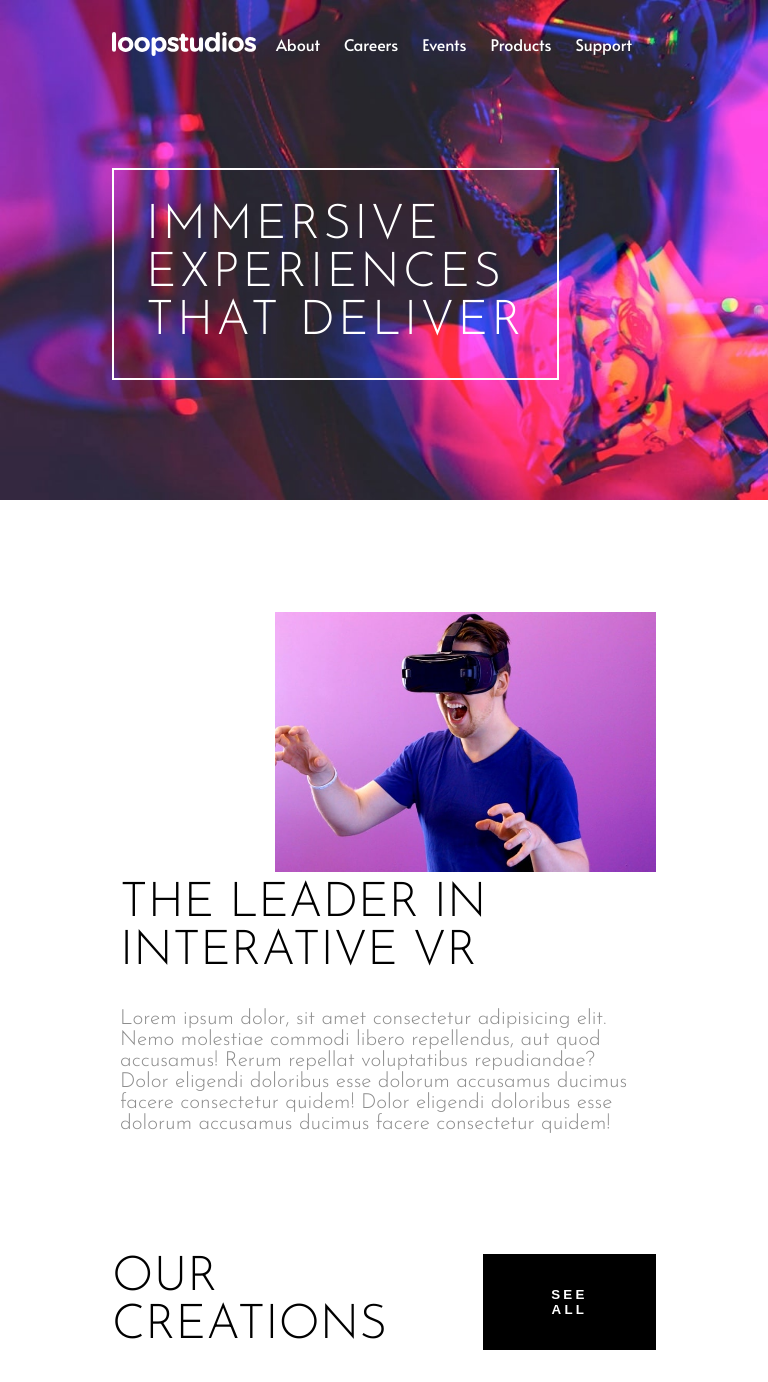
Repository: gligor99/loopstudios-fm
Page: /
The author's editor kept a copy of each file at every save. The page is drawn from the files as they stood at one save, then again after the next save.
The browser window is 768 px wide. The pictures show the part of the page from y = 0 to 1382 px (the page is 6177 px tall before and 6145 px after).
Pictures or frames that could not be fetched are drawn as grey boxes. Backgrounds fixed to the window are drawn as part of the page. The project was rebuilt for these pictures with package versions that can differ from the ones it lists, and the page was loaded fresh each time.

Above is the page before, as saved 2021-11-28 22:08:11.

### src/index.css
@import url("https://fonts.googleapis.com/css2?family=Alata&family=Josefin+Sans:wght@300&display=swap");

:root {
  --clr-white: hsl(0, 0%, 100%);
  --clr-black: hsl(0, 0%, 0%);
  --clr-dark-gray: hsl(0, 0%, 55%);
  --clr-very-dark-gray: hsl(0, 0%, 41%);
}

*,
::after,
::before {
  margin: 0;
  padding: 0;
  box-sizing: border-box;
}

body {
  font-family: "Alata", sans-serif;
  background: var(--clr-light-grayish-cyan);
  color: var(--clr-grey-1);
  font-size: 1rem;
}

### src/App.jsx
import About from "./components/About/About";
import Creations from "./components/Creations/Creations";
import Footer from "./components/Footer/Footer";
import Hero from "./components/Hero/Hero";
// import Navbar from "./components/Navbar/Navbar";


function App() {
  return (
    <div className="App">
      {/* <Navbar /> */}
      <Hero />
      <About />
      <Creations />
      <Footer />
    </div>
  );
}

export default App;

### src/components/About/About.jsx
import "./about.css";
import image from "../../assets/desktop/image-interactive.jpg";

const About = () => {
  return (
    <div className="about-container">
      <img className="image-interactive" src={image} alt="interactive.jpg" />
      <div className="about-content">
        <h1 className="about-title">The leader in <br />interative VR</h1>
        <p className="about-p">
          Lorem ipsum dolor, sit amet consectetur adipisicing elit. Nemo
          molestiae commodi libero repellendus, aut quod accusamus! Rerum
          repellat voluptatibus repudiandae? Dolor eligendi doloribus esse
          dolorum accusamus ducimus facere consectetur quidem! Dolor eligendi doloribus esse
          dolorum accusamus ducimus facere consectetur quidem!
        </p>
      </div>
    </div>
  );
};

export default About;

### src/components/Creations/Creations.jsx
import './creations.css'
import data from '../../data'
import Card from '../Card/Card';

const Creations = () => {
  return <div className="creation-container">
      <div className="creation-header">
          <h1 className="creation-title">
              Our Creations
          </h1>
          <button className="creation-btn">
              See All
          </button>
      </div>
      <div className="creation-cards">
          {data.map((item) => {
              return <Card key={item.id} item={item} />
          })}
      </div>
  </div>;
};

export default Creations;

### src/components/Footer/Footer.jsx
import "./footer.css";
import logo from "../../assets/logo.svg";
import fb from "../../assets/icon-facebook.svg";
import instagram from "../../assets/icon-instagram.svg";
import pinterest from "../../assets/icon-pinterest.svg";
import twittter from "../../assets/icon-twitter.svg";

const Footer = () => {
  return (
    <div className="footer-container">
      <div className="left-content">
        <img className="logo" src={logo} alt="footerLogo.svg" />
        <ul className="links">
          <li>
            <a href="/about">About</a>
          </li>
          <li>
            <a href="/careers">Careers</a>
          </li>
          <li>
            <a href="/events">Events</a>
          </li>
          <li>
            <a href="/products">Products</a>
          </li>
          <li>
            <a href="/support">Support</a>
          </li>
        </ul>
      </div>
      <div className="right-content">
        <div className="social">
          <img className='social-icon' src={fb} alt="fbIcon.svg" />
          <img className='social-icon' src={instagram} alt="instaIcon.svg" />
          <img className='social-icon'  src={pinterest} alt="pinterestIcon.svg" />
          <img className='social-icon' src={twittter} alt="twitterIcon.svg" />
        </div>
        <p className="copy">
          &copy;
          {`  ${new Date().getFullYear()} Loopstudios | All Rights Reserved`}
        </p>
      </div>
    </div>
  );
};

export default Footer;

### src/components/Hero/Hero.jsx
import React from "react";
import Navbar from "../Navbar/Navbar";
import "./hero.css";

const Hero = () => {
  return (
      <div className="container">
        <Navbar />
        <div className="container-content">
          <h1 className="title">
            Immersive <br /> experiences <br />
            that deliver
          </h1>
        </div>
      </div>
  );
};

export default Hero;

### src/components/About/about.css
.about-container {
  display: flex;
  justify-content: center;
  align-items: flex-end;
  margin: auto;
  padding: 7rem;
}

.image-interactive {
  height: 80%;
  z-index: -1;
}
.about-content {
  background-color: var(--clr-white);
  z-index: 1;
  height: 80%;
  padding: 4rem;
  margin-left: -10rem;
}

.about-title {
  font-family: "Josefin Sans", sans-serif;
  font-weight: 100;
  font-size: 3rem;
  text-transform: uppercase;
}

.about-p {
  color: var(--clr-dark-gray);
  font-family: "Josefin Sans", sans-serif;
  font-size: 1.3rem;
  padding-top: 2rem;
}

@media only screen and (max-width: 1300px) {
  .about-content {
    padding: 1rem;
    margin-left: -10rem;
  }
}
@media only screen and (max-width: 1210px) {
  .about-content {
    padding: 1rem;
    margin-left: -10rem;
  }
}
@media only screen and (max-width: 1110px) {
  .about-content {
    padding: 0.5rem;
    margin-left: -15rem;
  }
}
@media only screen and (max-width: 850px) {
  .about-container {
    flex-direction: column;
  }
  .image-interactive {
    width: 70%;
  }
  .about-content{
    width: 100%;
  }
}

### src/components/Creations/creations.css
.creation-header {
  display: flex;
  flex-direction: row;
  justify-content: space-between;
  padding-left: 7rem;
  padding-right: 7rem;
  padding-bottom: 2rem;
}

.creation-title {
  font-family: "Josefin Sans", sans-serif;
  font-size: 3rem;
  text-transform: uppercase;
  font-weight: 100;
}

.creation-btn {
  border: none;
  background-color: var(--clr-black);
  border: 2px solid black;
  color: var(--clr-white);
  text-transform: uppercase;
  padding: 0 3rem 0 3rem;
  cursor: pointer;
  font-weight: 700;
  letter-spacing: 0.2rem;
  transition: 0.2s ease-in;
}
.creation-btn:hover {
  background-color: var(--clr-white);
  color: var(--clr-black);
  border: 2px solid black;
}

.creation-cards {
  padding: 0 5rem 0 5rem;
  display: flex;
  justify-content: space-between;
  flex-wrap: wrap;
  width: 100%;
}

### src/data.js
const data = [
  {
    id: 1,
    title: "Deep Earth",
    img: "https://i.ibb.co/mtd0XJx/image-deep-earth.jpg",
  },
  {
    id: 2,
    title: "Night  Arcade",
    img: "https://i.ibb.co/5Wcqskt/image-night-arcade.jpg",
  },
  {
    id: 3,
    title: "Soccer Team VR",
    img: "https://i.ibb.co/fFDbQDR/image-soccer-team.jpg",
  },
  {
    id: 4,
    title: "The Grid",
    img: "https://i.ibb.co/r59dNbs/image-grid.jpg",
  },
  {
    id: 5,
    title: "From up Above VR",
    img: "https://i.ibb.co/PYK37pW/image-from-above.jpg",
  },
  {
    id: 6,
    title: "Pocket Borealis",
    img: "https://i.ibb.co/9hsnGFt/image-pocket-borealis.jpg",
  },
  {
    id: 7,
    title: "The curiosity",
    img: "https://i.ibb.co/fQZHkXQ/image-curiosity.jpg",
  },
  {
    id: 8,
    title: "Make it fisheye",
    img: "https://i.ibb.co/D506TGt/image-fisheye.jpg",
  },
];

export default data;

### src/components/Card/Card.jsx
import "./card.css";

const Card = ({ item }) => {
  return (
    <div
      className="card-container"
      style={{
        backgroundImage: `url(${item.img})`,
        backgroundRepeat: "no-repeat",
        height: "500px",
        width: '250px'
      }}
    >
      <h4 className="card-title">{item.title}</h4>
    </div>
  );
};

export default Card;

### src/components/Footer/footer.css
.footer-container {
  background-color: var(--clr-black);
  padding: 3rem 7rem 3rem 7rem;
  display: flex;
  justify-content: space-between;
  align-items: center;
}
.copy {
  color: var(--clr-dark-gray);
  font-family: "Josefin Sans", sans-serif;
  font-size: 1.1rem;
  font-weight: 700;
}

.links {
  padding-top: 2rem;
}

.right-content {
  display: flex;
  flex-direction: column;
  justify-content: flex-end;
}

.social {
  padding-bottom: 2rem;
  text-decoration: none;
  display: flex;
  justify-content: flex-end;
}
.social-icon {
  padding-left: 2rem;
}

@media only screen and (max-width: 850px) {
  .footer-container {
    flex-direction: column;
    justify-content: center;
  }

  .social {
    padding-top: 2rem;
    justify-content: center;
  }
  .copy{
    text-align: center;
  }
}

### src/components/Navbar/Navbar.jsx
import logo from "../../assets/logo.svg";
import "./navbar.css";

const Navbar = () => {
  return (
    <div className="wrapper">
      <img src={logo} alt="logo.svg" />
      <ul>
        <li>
          <a href="/about">About</a>
        </li>
        <li>
          <a href="/careers">Careers</a>
        </li>
        <li>
          <a href="/events">Events</a>
        </li>
        <li>
          <a href="/products">Products</a>
        </li>
        <li>
          <a href="/support">Support</a>
        </li>
      </ul>
    </div>
  );
};

export default Navbar;

### src/components/Hero/hero.css
.container {
  background: url("../../assets/desktop/image-hero.jpg");
  background-repeat: no-repeat;
  background-attachment: fixed;
  background-size: cover;
  height: 500px;
}
.container-content {
  display: flex;
  margin-top: 5rem;
  margin-left: 7rem;
}

.title {
  border: 2px solid var(--clr-white);
  padding: 2rem;
  text-transform: uppercase;
  font-family: "Josefin Sans", sans-serif;
  font-size: 3rem;
  font-weight: 100;
  letter-spacing: 0.2rem;
  color: white;
}

### src/components/Card/card.css
.card-container {
  position: relative;
  margin: 2rem;
  transition: 0.2s ease-in;
  cursor: pointer;
}

.card-container:hover {
  opacity: 50%;
  color: var(--clr-black);
}

.card-title {
  position: absolute;
  bottom: 3rem;
  text-transform: uppercase;
  font-family: "Josefin Sans", sans-serif;
  font-weight: 100;
  font-size: 2rem;
  color: var(--clr-white);
  padding: 2rem;
  width: 100%;
}

### src/components/Navbar/navbar.css
.wrapper {
  display: flex;
  flex-direction: row;
  justify-content: space-between;
  align-items: center;
  margin: auto;
  padding: 2rem 7rem 2rem 7rem;
  background-color: transparent;
}
img {
  height: 1.5rem;
}
ul {
  display: flex;
  flex-wrap: nowrap;
  justify-content: space-evenly;
}
li {
  list-style-type: none;
  padding-right: 1.5rem;
}
a {
  position: relative;
  display: inline-block;
  text-decoration: none;
  color: var(--clr-white);
}
a:after {
  content: "";
  position: absolute;
  left: 0;
  top: 100%;
  width: 0;
  height: 1.8px;
  background-color: var(--clr-white);
  transition: width 0.2s ease-in-out;
}
a:hover:after {
  width: 100%;
}

Loaded but not shown: public/index.html (common file); src/index.jsx (common file)

After the next save:
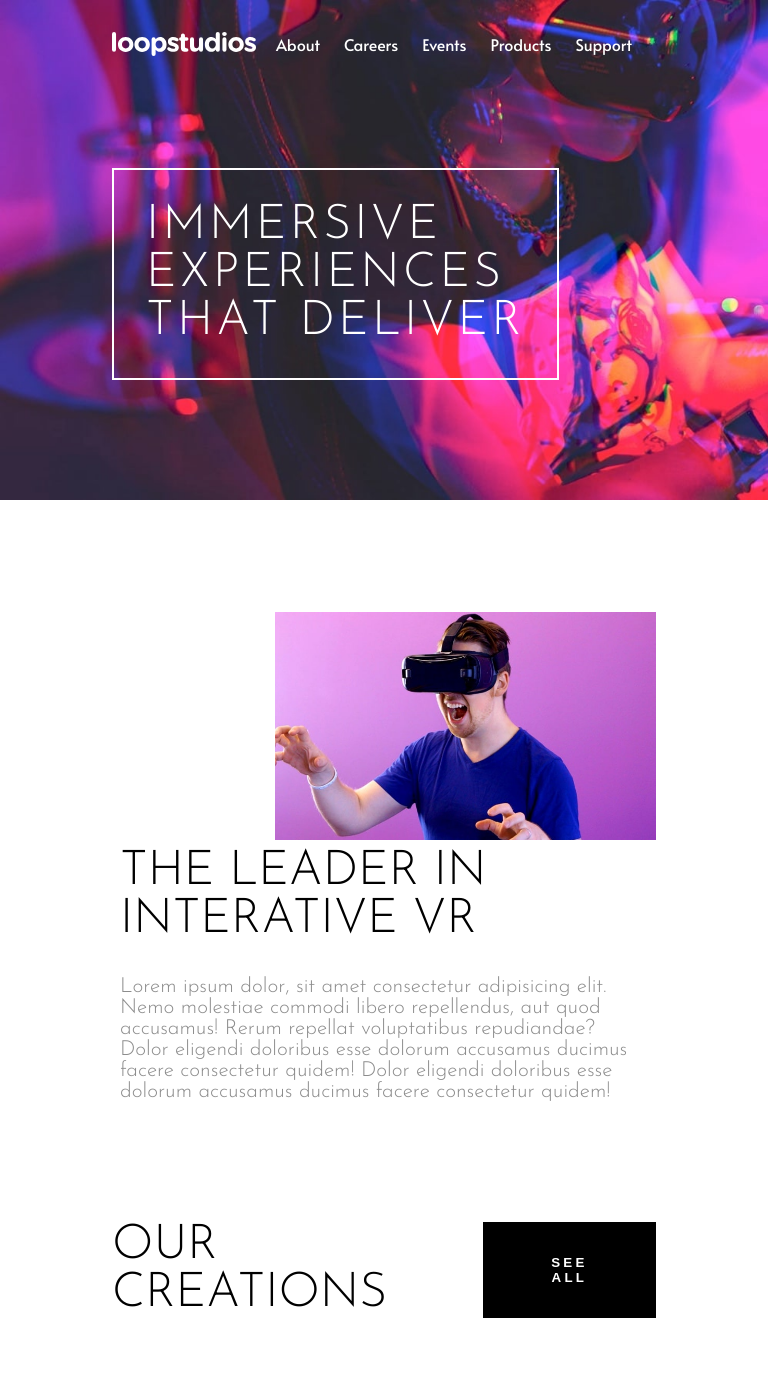
Saved 49 s later.
--- a/src/components/About/about.css
+++ b/src/components/About/about.css
@@ -58,6 +58,7 @@
     width: 70%;
   }
   .about-content{
+    margin-top: -2rem;
     width: 100%;
   }
 }
